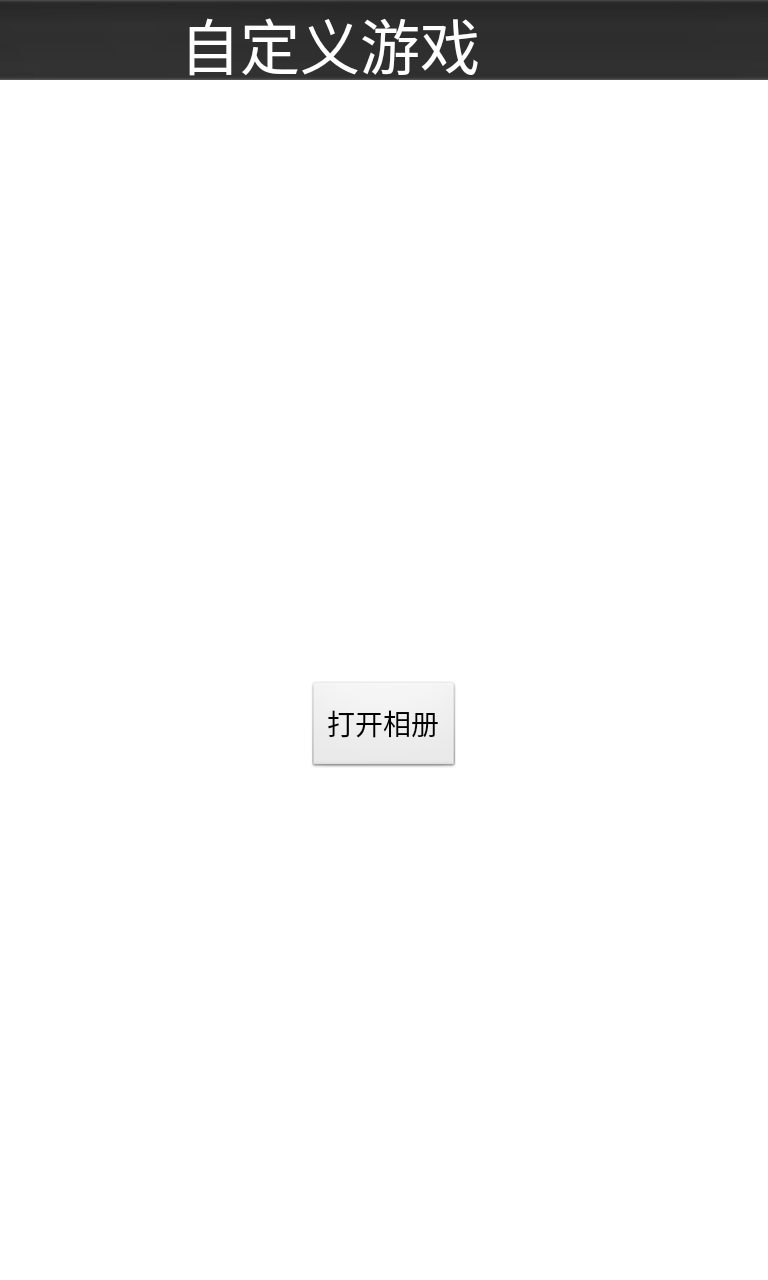
Repository: hosle/gad2
Layout: Pintu/res/layout/activity_personal_game.xml
The author's editor kept a copy of each file at every save. The layout is drawn from the files as they stood at one save, then again after the next save.
It is drawn on a 768 x 1280 px phone screen (xhdpi) without system bars, with theme AppTheme; the app's code is not run. Lists and similar views that code fills are empty.

Above is the layout before, as saved 2015-06-26 09:04:37.

### Pintu/res/layout/activity_personal_game.xml
<?xml version="1.0" encoding="utf-8"?>
<LinearLayout xmlns:android="http://schemas.android.com/apk/res/android"
    android:layout_width="fill_parent"
    android:layout_height="fill_parent"
    android:background="#ffffffff"
    android:gravity="center_horizontal"
    android:orientation="vertical" >

    <LinearLayout
        android:layout_width="fill_parent"
        android:layout_height="40dp"
        android:layout_centerHorizontal="true"
        android:gravity="center_horizontal"
        android:background="@drawable/xxhpintu_game_dir"
        android:orientation="horizontal" >
	    <TextView
	        android:id="@+id/time"
	        android:layout_width="match_parent"
	        android:layout_height="wrap_content"
	        android:layout_marginLeft="90dp"
	        android:text="自定义游戏"
	        android:textColor="#ffffffff"
	        android:textSize="30sp" />
    </LinearLayout>

    <LinearLayout
        android:layout_width="fill_parent"
        android:layout_height="wrap_content"
        android:layout_marginTop="20dp"
        android:gravity="center_horizontal"
        android:orientation="horizontal" >

        <ListView
            android:id="@+id/game_info"
            android:layout_width="match_parent"
            android:layout_height="270dp" >

        </ListView>

    </LinearLayout>

    <LinearLayout
        android:layout_width="fill_parent"
        android:layout_height="wrap_content"
        android:layout_marginTop="10dp"
        android:gravity="center_horizontal"
        android:orientation="horizontal" >
    </LinearLayout>


    <Button
        android:id="@+id/selectimagebnt_game"
        android:layout_width="wrap_content"
        android:layout_height="wrap_content"
        android:text="打开相册" />

</LinearLayout>

Loaded but not shown: Pintu/res/values/styles.xml (common file)

After the next save:
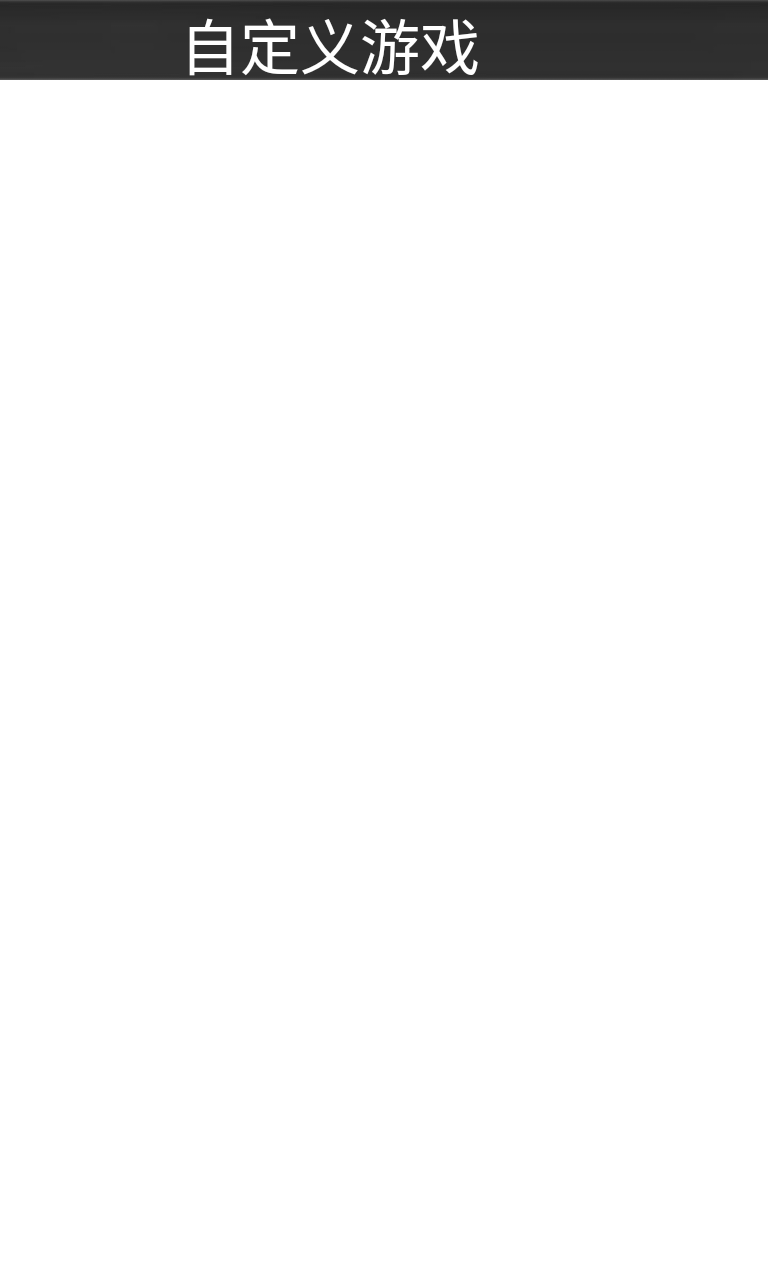
Saved 27 s later.
--- a/Pintu/res/layout/activity_personal_game.xml
+++ b/Pintu/res/layout/activity_personal_game.xml
@@ -10,17 +10,18 @@
         android:layout_width="fill_parent"
         android:layout_height="40dp"
         android:layout_centerHorizontal="true"
+        android:background="@drawable/xxhpintu_game_dir"
         android:gravity="center_horizontal"
-        android:background="@drawable/xxhpintu_game_dir"
         android:orientation="horizontal" >
-	    <TextView
-	        android:id="@+id/time"
-	        android:layout_width="match_parent"
-	        android:layout_height="wrap_content"
-	        android:layout_marginLeft="90dp"
-	        android:text="自定义游戏"
-	        android:textColor="#ffffffff"
-	        android:textSize="30sp" />
+
+        <TextView
+            android:id="@+id/time"
+            android:layout_width="match_parent"
+            android:layout_height="wrap_content"
+            android:layout_marginLeft="90dp"
+            android:text="自定义游戏"
+            android:textColor="#ffffffff"
+            android:textSize="30sp" />
     </LinearLayout>
 
     <LinearLayout
@@ -34,24 +35,13 @@
             android:id="@+id/game_info"
             android:layout_width="match_parent"
             android:layout_height="270dp" >
-
         </ListView>
 
+        <Button
+            android:id="@+id/selectimagebnt_game"
+            android:layout_width="wrap_content"
+            android:layout_height="wrap_content"
+            android:text="打开相册" />
     </LinearLayout>
 
-    <LinearLayout
-        android:layout_width="fill_parent"
-        android:layout_height="wrap_content"
-        android:layout_marginTop="10dp"
-        android:gravity="center_horizontal"
-        android:orientation="horizontal" >
-    </LinearLayout>
-
-
-    <Button
-        android:id="@+id/selectimagebnt_game"
-        android:layout_width="wrap_content"
-        android:layout_height="wrap_content"
-        android:text="打开相册" />
-
 </LinearLayout>
